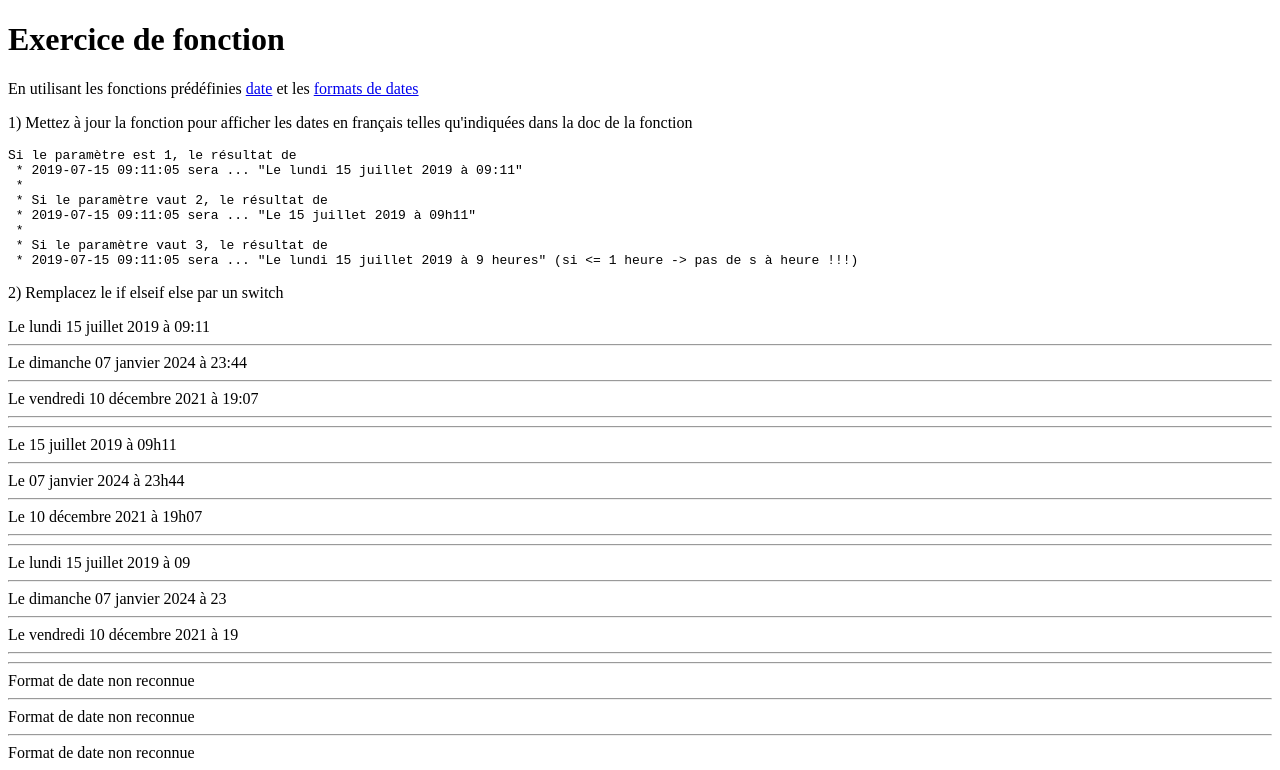
Repository: WebDevCF2m2021/base-php-2021
Page: http://localhost/20-dates-en-francais.php
An editor plug-in stored every save of this project. The page is shown before and after a run of saves, followed by the edit.
The browser window is 1280 px wide. The pictures show the whole page.
The page is run by PHP 8.4 with error messages shown; the project is at /var/www/html/.

Above is the page before, as saved 2021-09-20 18:32:43.

After the next 2 saves:
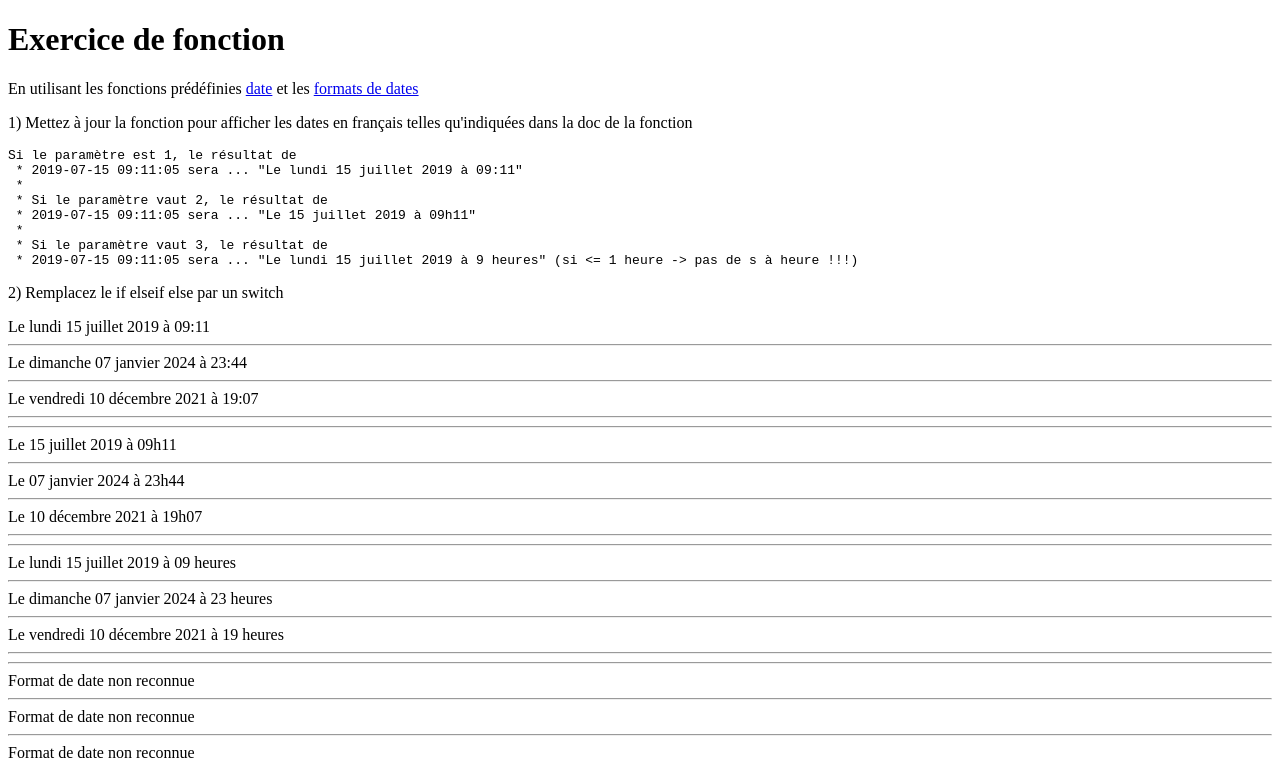
The 2 saves are shown as one change because they came seconds apart.
The last was saved 25 s later.
--- a/20-dates-en-francais.php
+++ b/20-dates-en-francais.php
@@ -49,7 +49,7 @@ function frenchDate($date,$format=1){
         .$moisTab[date("n",$date)]." " // mois en français
         .date("Y",$date); // année / heures / minutes
         if(intval(date("H",$date))>1){
-            $out.=date(" à H",$date);
+            $out.=date(" à H",$date)." heures";
         };
 /*         if(date("Y",$date)){}else{} */
     }else{
